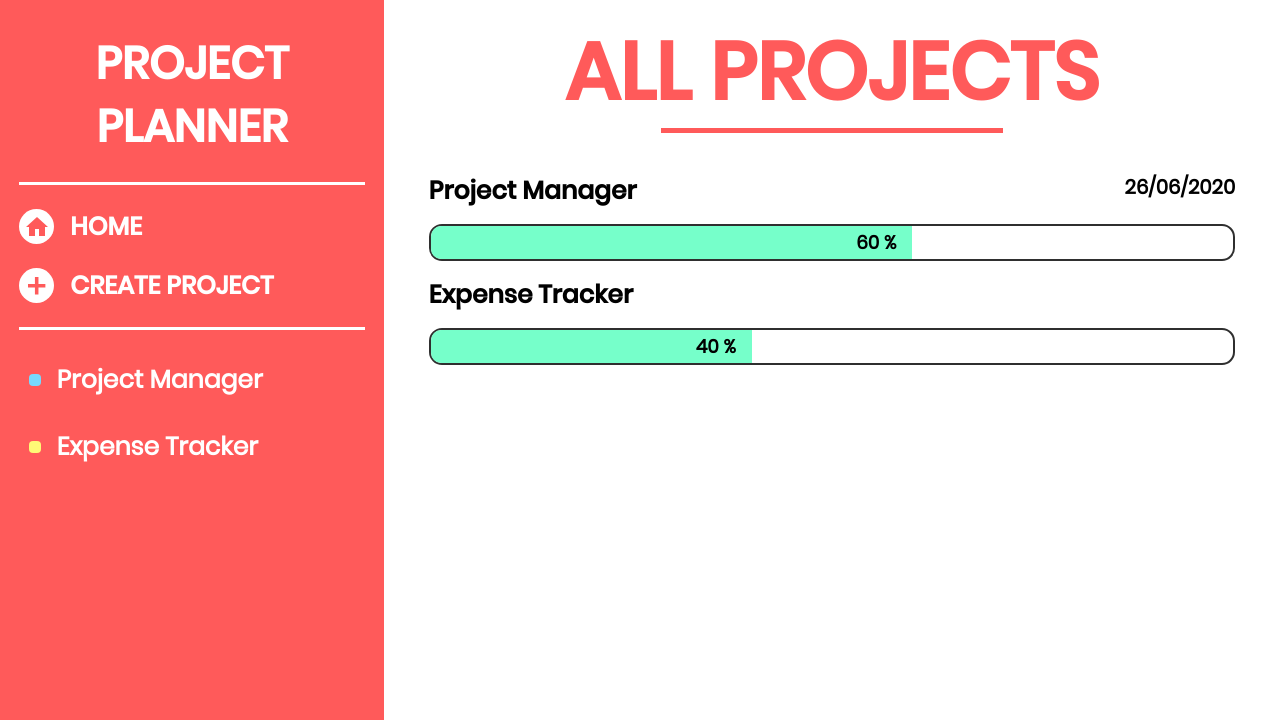
Repository: AzharMoosa/project-manager
Page: /
These files come from the project's save history. The page is drawn as it stood at one moment and after the next save; the edit follows.
The browser window is 1280 px wide. The pictures show the whole page.
The project was rebuilt for these pictures with package versions that can differ from the ones it lists, and the page was loaded fresh each time.

Above is the page before, as saved 2020-06-22 11:10:07.

After the next save:
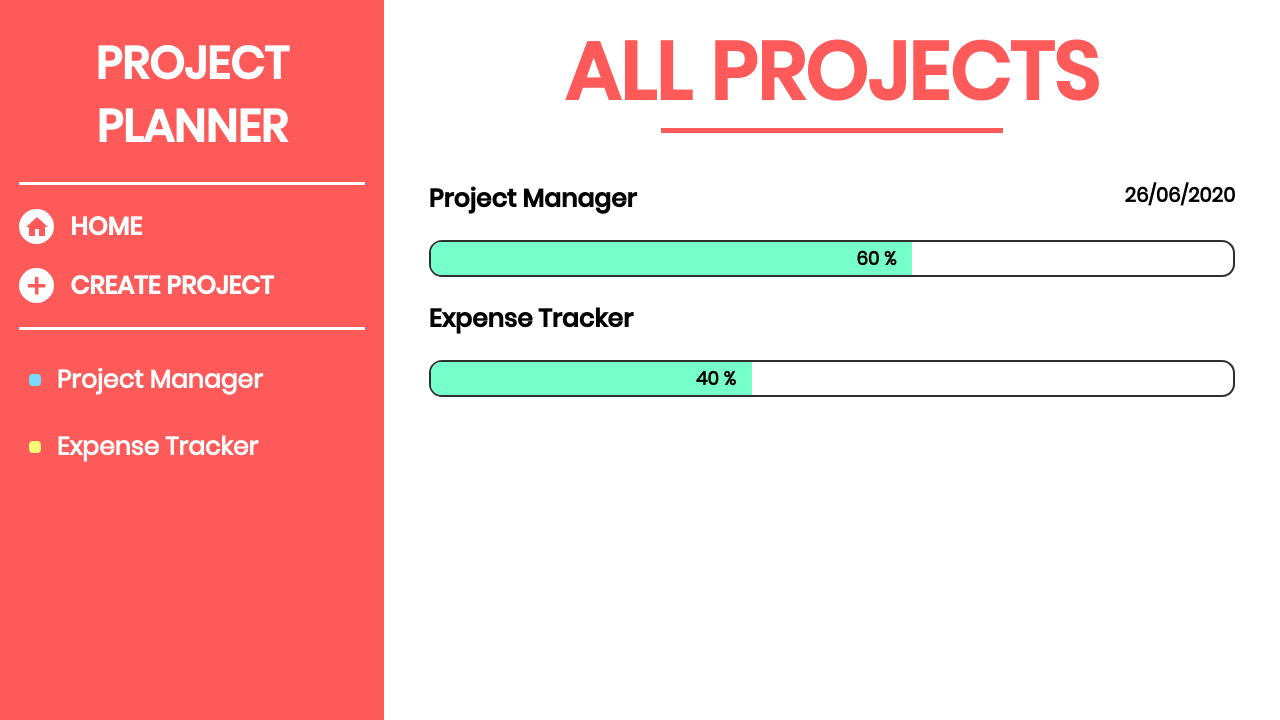
Saved 5 s later.
--- a/src/App.css
+++ b/src/App.css
@@ -180,7 +180,7 @@ body {
 
 .project-title {
   width: 90%;
-  margin: 1rem auto;
+  margin: 1.5rem auto;
   display: flex;
   justify-content: space-between;
 }
